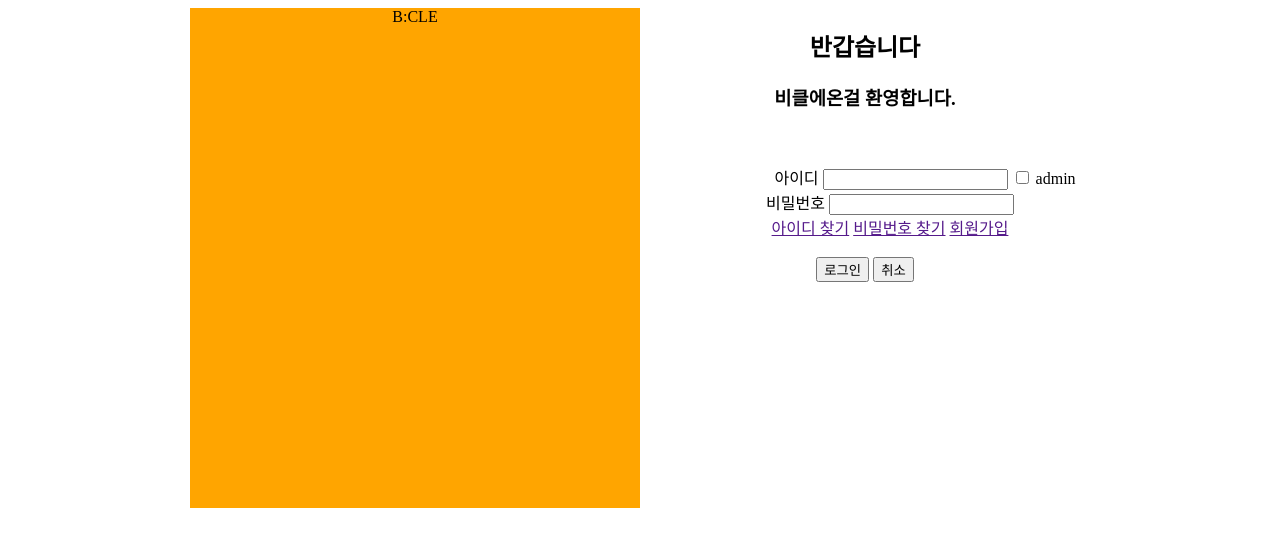
Repository: hyodii/SpringProject_Bcle
Page: http://localhost/Bcle/LoginPage.jsp
An editor plug-in stored every save of this project. The page is shown before and after the next save, followed by the edit.
The browser window is 1280 px wide. The pictures show the whole page.
The page is served by Tomcat 9.

Above is the page before, as saved 2021-12-16 07:45:52.
Console error: ReferenceError: $ is not defined

After the next save:
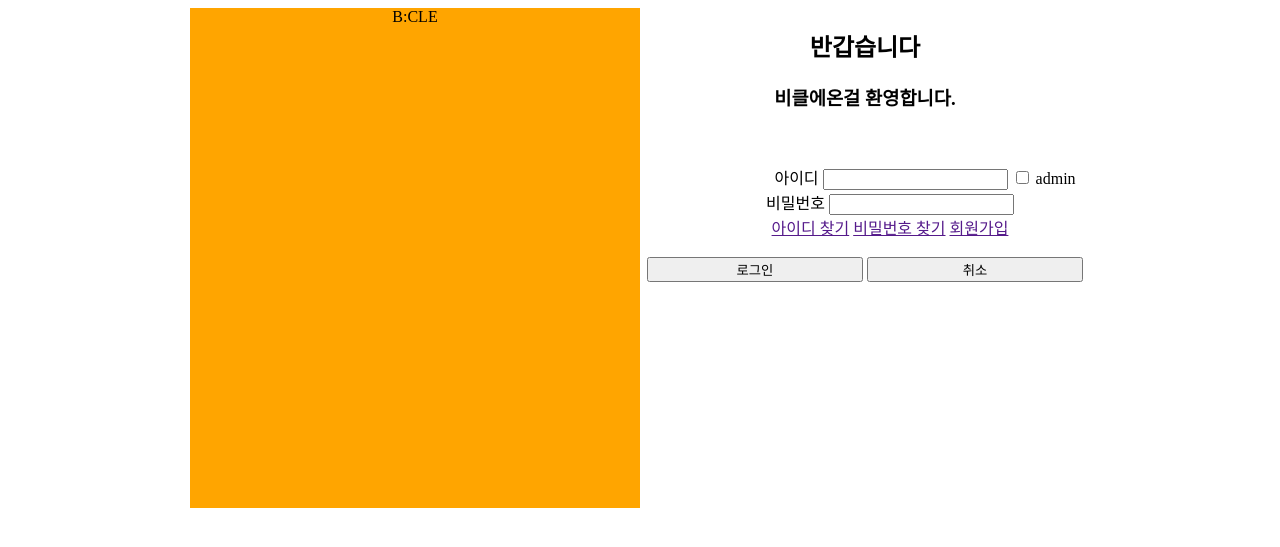
Saved 28 s later.
--- a/Bcle/WebContent/LoginPage.jsp
+++ b/Bcle/WebContent/LoginPage.jsp
@@ -130,8 +130,12 @@
 					<br>
 
 					<div>
-					<input type="button" id="submitBtn" class="btn" value="로그인">
-					<input type="button" id="resetBtn" class="btn" value="취소">
+						<input type="button" value="로그인" id="submitBtn" class="btn"
+						style="width: 48%;" />
+						<input type="reset" value="취소" id="resetBtn" class="btn"
+						style="width: 48%;" />
+						<br><br>
+						<span id="err" style="color: red;display: none;"></span>
 					</div>
 				</form>
 			</div>
